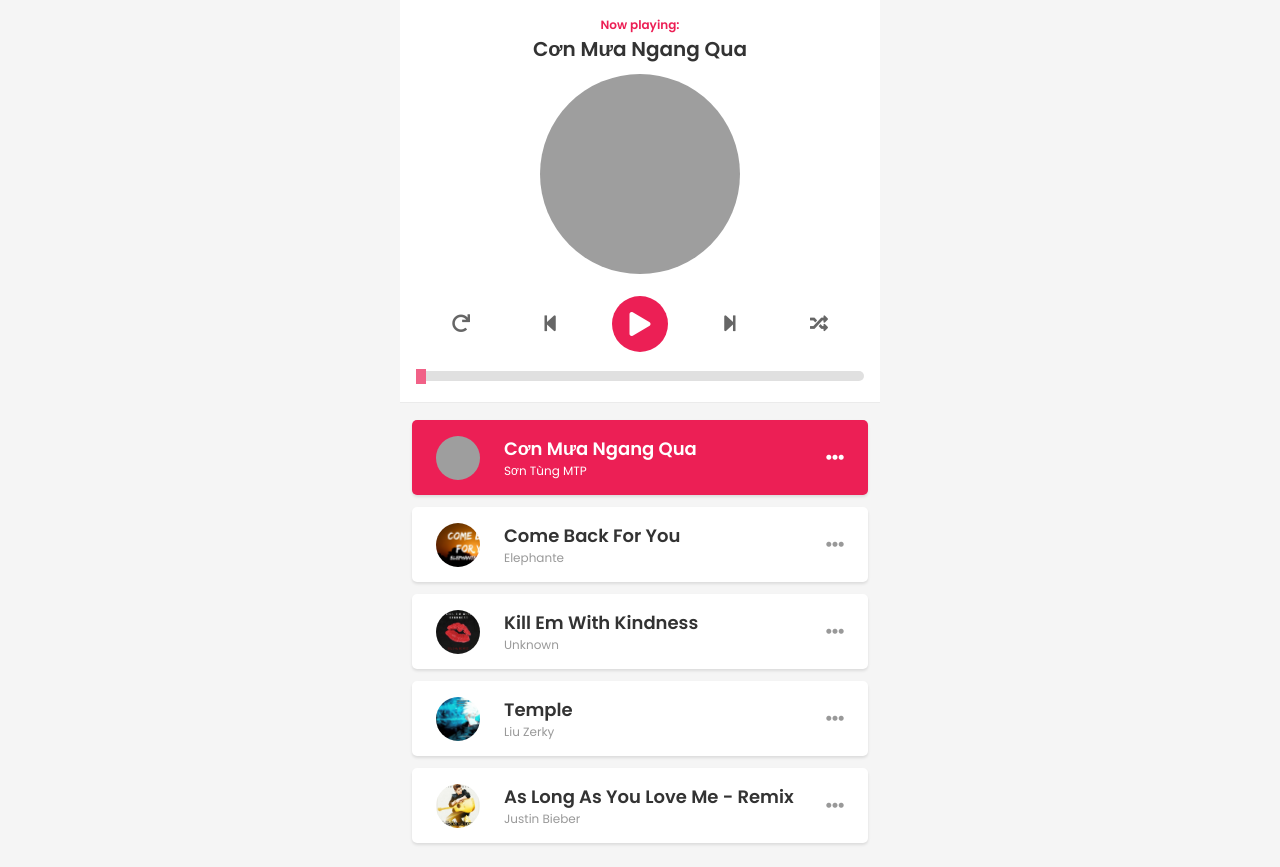
Repository: vandat598/musicPlayer
Page: index.html
An editor plug-in stored every save of this project. The page is shown before and after the next save, followed by the edit.
The browser window is 1280 px wide. The pictures show the whole page.
Pictures or frames that could not be fetched are drawn as grey boxes.

Above is the page before, as saved 2022-04-28 16:29:44.

### index.html
<!DOCTYPE html>
<html lang="en">
  <head>
    <meta charset="UTF-8" />
    <meta name="viewport" content="width=device-width, initial-scale=1.0" />
    <title>Music player</title>
    <link
      rel="stylesheet"
      href="https://cdnjs.cloudflare.com/ajax/libs/font-awesome/5.15.2/css/all.min.css"
      integrity="sha512-HK5fgLBL+xu6dm/Ii3z4xhlSUyZgTT9tuc/hSrtw6uzJOvgRr2a9jyxxT1ely+B+xFAmJKVSTbpM/CuL7qxO8w=="
      crossorigin="anonymous"
    />
    <link rel="preconnect" href="https://fonts.gstatic.com" />
    <link
      href="https://fonts.googleapis.com/css2?family=Poppins:wght@300;400;600&display=swap"
      rel="stylesheet"
    />
    <link rel="stylesheet" href="./assets/css/style.css" />
  </head>
  <body>
    <div class="player">
      <!-- Dashboard -->
      <div class="dashboard">
        <!-- Header -->
        <header>
          <h4>Now playing:</h4>
          <h2>String 57th & 9th</h2>
        </header>

        <!-- CD -->
        <div class="cd">
          <div
            class="cd-thumb"
            style="
              background-image: url('https://i.ytimg.com/vi/jTLhQf5KJSc/maxresdefault.jpg');
            "
          ></div>
        </div>

        <!-- Control -->
        <div class="control">
          <div class="btn btn-repeat">
            <i class="fas fa-redo"></i>
          </div>
          <div class="btn btn-prev">
            <i class="fas fa-step-backward"></i>
          </div>
          <div class="btn btn-toggle-play">
            <i class="fas fa-pause icon-pause"></i>
            <i class="fas fa-play icon-play"></i>
          </div>
          <div class="btn btn-next">
            <i class="fas fa-step-forward"></i>
          </div>
          <div class="btn btn-random">
            <i class="fas fa-random"></i>
          </div>
        </div>

        <input
          id="progress"
          class="progress"
          type="range"
          value="0"
          step="1"
          min="0"
          max="100"
        />

        <audio id="audio" src=""></audio>
      </div>

      <!-- Playlist -->
      <div class="playlist">
        <div class="song">
          <div
            class="thumb"
            style="
              background-image: url('https://i.ytimg.com/vi/jTLhQf5KJSc/maxresdefault.jpg');
            "
          ></div>
          <div class="body">
            <h3 class="title">Music name</h3>
            <p class="author">Singer</p>
          </div>
          <div class="option">
            <i class="fas fa-ellipsis-h"></i>
          </div>
        </div>
        <div class="song">
          <div
            class="thumb"
            style="
              background-image: url('https://i.ytimg.com/vi/jTLhQf5KJSc/maxresdefault.jpg');
            "
          ></div>
          <div class="body">
            <h3 class="title">Music name</h3>
            <p class="author">Singer</p>
          </div>
          <div class="option">
            <i class="fas fa-ellipsis-h"></i>
          </div>
        </div>
        <div class="song">
          <div
            class="thumb"
            style="
              background-image: url('https://i.ytimg.com/vi/jTLhQf5KJSc/maxresdefault.jpg');
            "
          ></div>
          <div class="body">
            <h3 class="title">Music name</h3>
            <p class="author">Singer</p>
          </div>
          <div class="option">
            <i class="fas fa-ellipsis-h"></i>
          </div>
        </div>
      </div>
    </div>

    <script>
      /*
        done 1. Render songs
        done 2. Scroll top
        3. Play / pause / seek
        4. CD rotate
        5. Next / prev
        6. Random
        7. Next / repeat when ended
        8. Active song
        9. Scroll active song into view
        10. play song when click
      */

      const $ = document.querySelector.bind(document);
      const $$ = document.querySelectorAll.bind(document);

      const player = $('.player');
      const cd = $('.cd');
      const heading = $('header h2');
      const cdThumb = $('.cd-thumb');
      const audio = $('#audio');
      const playBtn = $('.btn-toggle-play');
      const progress = $('#progress');
      const nextBtn = $('.btn-next');
      const prevBtn = $('.btn-prev');
      const randomBtn = $('.btn-random');
      let played = [];
      const repeatBtn = $('.btn-repeat');

      const app = {
        currentIndex: 0,
        isPlaying: false,
        isRandom: false,
        isRepeat: false,
        songs: [
          {
            name: 'Cơn Mưa Ngang Qua',
            singer: 'Sơn Tùng MTP',
            path: './assets/music/ConMuaNgangQua SonTungMTP 2782444.mp3',
            image: './assets/img/MTP.png',
          },
          {
            name: 'Come Back For You',
            singer: 'Elephante',
            path: './assets/music/Elephante  Come Back For You feat Matluck.mp3',
            image: './assets/img/comBackForYou.png',
          },
          {
            name: 'Kill Em With Kindness',
            singer: 'Unknown',
            path: './assets/music/Kill Em With Kindness  Remix   Nhạc Tik Tok Gây Nghiện.mp3',
            image: './assets/img/KillEmWithKindness.png',
          },
          {
            name: 'Temple',
            singer: 'Liu Zerky',
            path: './assets/music/Temple  Liu  Zerky  Nhạc Nền Cực Hot TikTok Trung Quốc Gây Nghiện  Douyin抖音.mp3',
            image: './assets/img/Temple.png',
          },
          {
            name: 'As Long As You Love Me - Remix',
            singer: 'Justin Bieber',
            path: './assets/music/As Long As You Love Me  Justin Bieber.mp3',
            image:
              './assets/img/As_Long_As_You_Love_Me_(feat._Big_Sean)_-_Single.jpg',
          },
        ],
        render() {
          const htmls = this.songs.map((song, index) => {
            return `
              <div class="song ${index === this.currentIndex ? 'active' : ''}">
                <div class="thumb" style="background-image: url('${
                  song.image
                }')">
                </div>
                <div class="body">
                  <h3 class="title">${song.name}</h3>
                  <p class="author">${song.singer}</p>
                </div>
                <div class="option">
                  <i class="fa fa-ellipsis-h"></i>
                </div>
              </div>
            `;
          });
          $('.playlist').innerHTML = htmls.join('');
        },
        defineProperties() {
          // Search google xem sytax defineProperty
          Object.defineProperty(this, 'currentSong', {
            get() {
              return this.songs[this.currentIndex];
            },
          });
        },
        handleEvent() {
          const _this = this;
          const cdWidth = cd.offsetWidth;

          // xử lý CD quay / dừng
          const cdThumbAnimate = cdThumb.animate(
            [{ transform: 'rotate(360deg)' }],
            {
              duration: 10000,
              iterations: Infinity,
            }
          );
          cdThumbAnimate.pause();

          // handle scroll
          document.onscroll = function () {
            const scrollTop =
              window.scrollY || document.documentElement.scrollTop;

            const newCdWidth = cdWidth - scrollTop;

            cd.style.width = newCdWidth > 0 ? newCdWidth + 'px' : 0;
            cd.style.opacity = newCdWidth / cdWidth;
          };

          // handle click play button

          playBtn.onclick = function () {
            if (_this.isPlaying) {
              audio.pause();
            } else {
              audio.play();
            }
          };

          // Khi song được play
          audio.onplay = function () {
            _this.isPlaying = true;
            player.classList.add('playing');
            cdThumbAnimate.play();
            _this.render();
          };

          // Khi song pause
          audio.onpause = function () {
            _this.isPlaying = false;
            player.classList.remove('playing');
            cdThumbAnimate.pause();
          };

          // Khi tiến độ bài hát thay đổi
          audio.ontimeupdate = function () {
            if (audio.duration) {
              const progressPercent = Math.floor(
                (audio.currentTime / audio.duration) * 100
              );
              progress.value = progressPercent;
            }
          };

          // Xử lý khi tua bài hát
          progress.oninput = function (e) {
            const seekTime = (audio.duration / 100) * e.target.value;
            audio.currentTime = seekTime;
          };

          // Next song
          nextBtn.onclick = function () {
            if (_this.isRandom) {
              _this.playRandomSong();
            } else {
              _this.nextSong();
            }
            audio.play();
          };
          // Prev song
          prevBtn.onclick = function () {
            if (_this.isRandom) {
              _this.playRandomSong();
            } else {
              _this.prevSong();
            }
            audio.play();
          };

          // Random button
          randomBtn.onclick = function () {
            // Gắn cờ isRandom có thật sự cần thiết??
            _this.isRandom = !_this.isRandom;
            // method toggle, khi đối số t2 là true thì sẽ add class, còn false thì remove class
            randomBtn.classList.toggle('active', _this.isRandom);
          };

          // Xử lý lặp lại song
          repeatBtn.onclick = function (e) {
            _this.isRepeat = !_this.isRepeat;
            repeatBtn.classList.toggle('active', _this.isRepeat);
          };

          // Xử lý next song khi audio ended
          audio.onended = function () {
            if (_this.isRandom) {
              _this.playRandomSong();
            }
            if (_this.isRepeat) {
              audio.play();
            } else {
              nextBtn.click();
            }
          };
        },
        loadCurrentSong() {
          heading.textContent = this.currentSong.name;
          cdThumb.style.backgroundImage = `url('${this.currentSong.image}')`;
          audio.src = this.currentSong.path;
        },
        nextSong() {
          this.currentIndex++;
          if (this.currentIndex >= this.songs.length) {
            this.currentIndex = 0;
          }
          this.loadCurrentSong();
        },
        prevSong() {
          this.currentIndex--;
          if (this.currentIndex < 0) {
            this.currentIndex = this.songs.length - 1;
          }
          this.loadCurrentSong();
        },
        playRandomSong() {
          let newIndex;
          do {
            newIndex = Math.floor(Math.random() * this.songs.length);
            if (played.length === this.songs.length) {
              played = [];
            }
          } while (
            newIndex === this.currentIndex ||
            played.some(value => value === newIndex)
          );
          played.push(newIndex);
          this.currentIndex = newIndex;
          this.loadCurrentSong();
          console.log(played);
        },

        start() {
          this.defineProperties();
          this.handleEvent();
          this.loadCurrentSong();
          this.render();
          const songActive = $$('.song');
          console.log(songActive);
        },
      };

      app.start();
    </script>
  </body>
</html>

### assets/css/style.css
:root {
  --primary-color: #ec1f55;
  --text-color: #333;
}

* {
  padding: 0;
  margin: 0;
  box-sizing: inherit;
}

body {
  background-color: #f5f5f5;
}

html {
  box-sizing: border-box;
  font-family: 'Poppins', sans-serif;
}

.player {
  position: relative;
  max-width: 480px;
  margin: 0 auto;
}

.player .icon-pause {
  display: none;
}

.player.playing .icon-pause {
  display: inline-block;
}

.player.playing .icon-play {
  display: none;
}

.dashboard {
  padding: 16px 16px 14px;
  background-color: #fff;
  position: fixed;
  top: 0;
  width: 100%;
  max-width: 480px;
  border-bottom: 1px solid #ebebeb;
}

/* HEADER */
header {
  text-align: center;
  margin-bottom: 10px;
}

header h4 {
  color: var(--primary-color);
  font-size: 12px;
}

header h2 {
  color: var(--text-color);
  font-size: 20px;
}

/* CD */
.cd {
  display: flex;
  margin: auto;
  width: 200px;
}

.cd-thumb {
  width: 100%;
  padding-top: 100%;
  border-radius: 50%;
  background-color: #333;
  background-size: cover;
  margin: auto;
}

/* CONTROL */
.control {
  display: flex;
  align-items: center;
  justify-content: space-around;
  padding: 18px 0 8px 0;
}

.control .btn {
  color: #666;
  padding: 18px;
  font-size: 18px;
  cursor: pointer;
}
/* .control .btn:hover {
  background-color: rgb(192, 188, 188);
  border-radius: 30%;
} */

.control .btn.active {
  color: var(--primary-color);
}

.control .btn-toggle-play {
  width: 56px;
  height: 56px;
  border-radius: 50%;
  font-size: 24px;
  color: #fff;
  display: flex;
  align-items: center;
  justify-content: center;
  background-color: var(--primary-color);
}

.progress {
  width: 100%;
  -webkit-appearance: none;
  height: 10px;
  background: #d3d3d3;
  outline: none;
  opacity: 0.7;
  -webkit-transition: 0.2s;
  transition: opacity 0.2s;
  border-radius: 30px;
}

.progress::-webkit-slider-thumb {
  -webkit-appearance: none;
  appearance: none;
  width: 10px;
  height: 15px;
  background-color: var(--primary-color);
  cursor: pointer;
}

/* PLAYLIST */
.playlist {
  margin-top: 408px;
  padding: 12px;
}

.song {
  display: flex;
  align-items: center;
  margin-bottom: 12px;
  background-color: #fff;
  padding: 8px 16px;
  border-radius: 5px;
  box-shadow: 0 2px 3px rgba(0, 0, 0, 0.1);
  cursor: pointer;
}

.song.active {
  background-color: var(--primary-color);
}

.song:active {
  opacity: 0.8;
}

.song.active .option,
.song.active .author,
.song.active .title {
  color: #fff;
}

.song .thumb {
  width: 44px;
  height: 44px;
  border-radius: 50%;
  background-size: cover;
  margin: 0 8px;
}

.song .body {
  flex: 1;
  padding: 0 16px;
}

.song .title {
  font-size: 18px;
  color: var(--text-color);
}

.song .author {
  font-size: 12px;
  color: #999;
}

.song .option {
  padding: 16px 8px;
  color: #999;
  font-size: 18px;
}

After the next save:
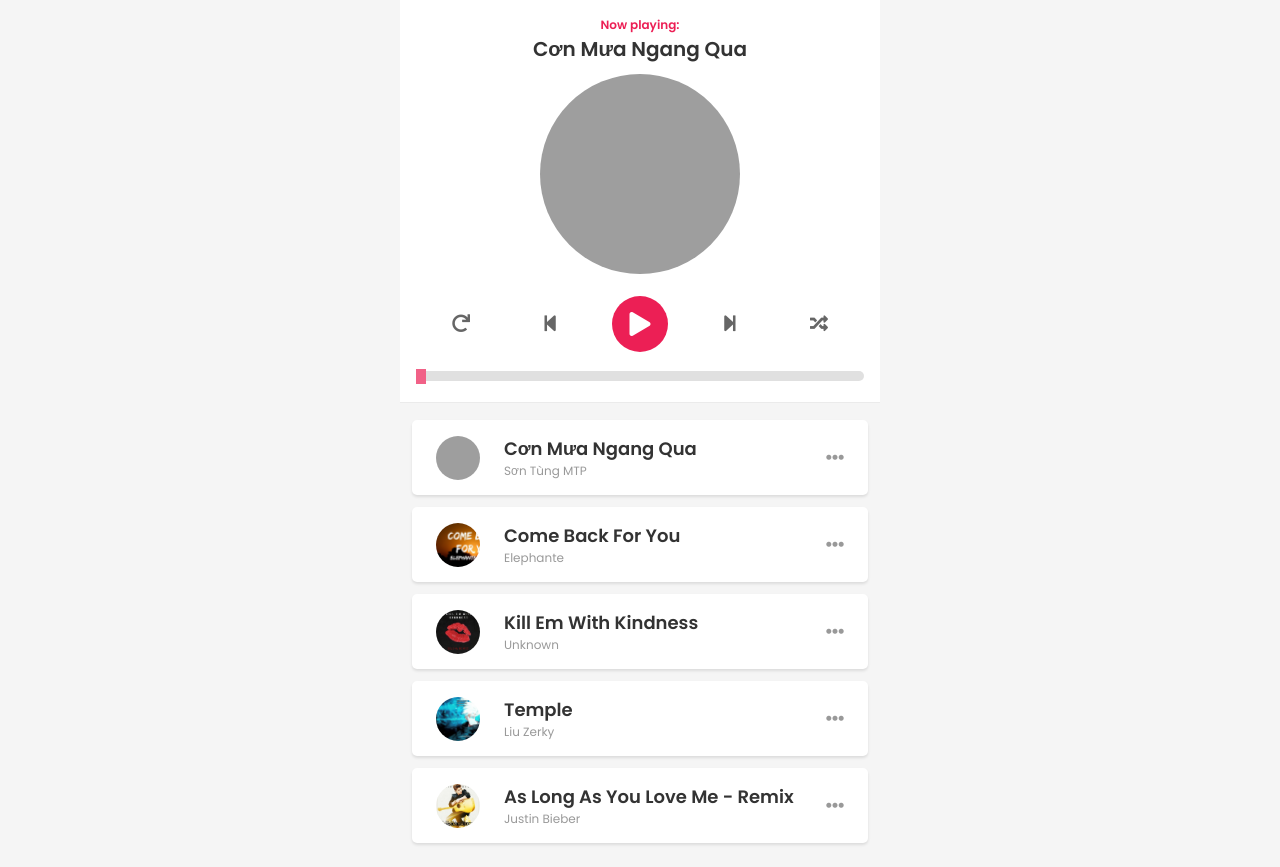
Saved 37 s later.
--- a/index.html
+++ b/index.html
@@ -191,10 +191,8 @@
         render() {
           const htmls = this.songs.map((song, index) => {
             return `
-              <div class="song ${index === this.currentIndex ? 'active' : ''}">
-                <div class="thumb" style="background-image: url('${
-                  song.image
-                }')">
+              <div class="song ">
+                <div class="thumb" style="background-image: url('${song.image}')">
                 </div>
                 <div class="body">
                   <h3 class="title">${song.name}</h3>
@@ -256,7 +254,7 @@
             _this.isPlaying = true;
             player.classList.add('playing');
             cdThumbAnimate.play();
-            _this.render();
+            // _this.render();
           };
 
           // Khi song pause
